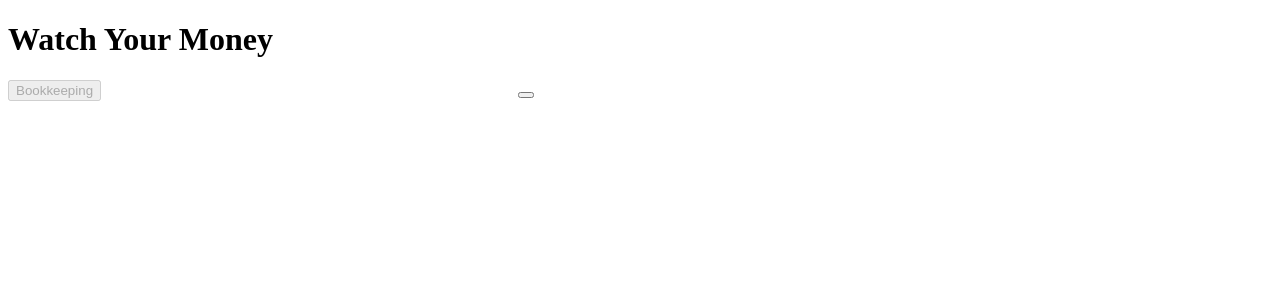
Repository: chelsea9869/Hackathon-TNT
Page: http://localhost/app/watch_your_money.php
An editor plug-in stored every save of this project. The page is shown before and after a run of saves, followed by the edit.
The browser window is 1280 px wide. The pictures show the whole page.
The page is run by PHP 8.4 with error messages shown; the project is at /var/www/html/.

Above is the page before, as saved 2020-09-05 10:51:00.

After the next 2 saves:
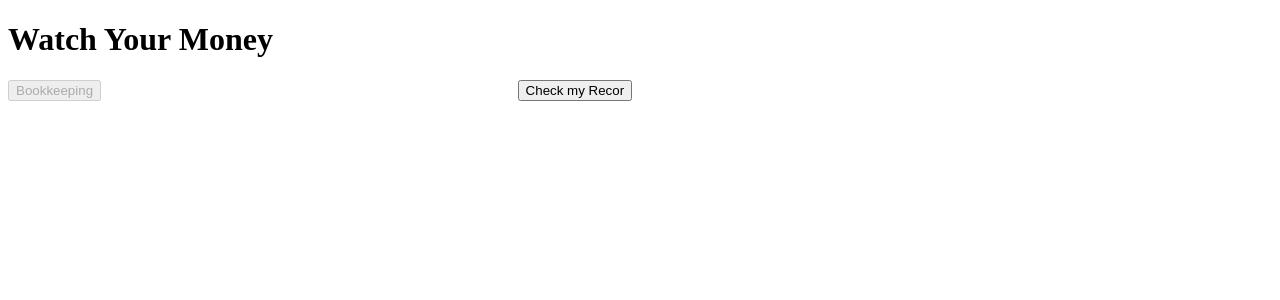
The 2 saves are shown as one change because they came seconds apart.
The last was saved 11 s later.
--- a/app/watch_your_money.php
+++ b/app/watch_your_money.php
@@ -12,7 +12,7 @@
             <button disabled="disabled">Bookkeeping</button>
         </div>
         <div id='check_records' style="width:40%;display: inline-table">
-            <button></button>
+            <button>Check my Recor</button>
         </div>
     </div>
 </body>
